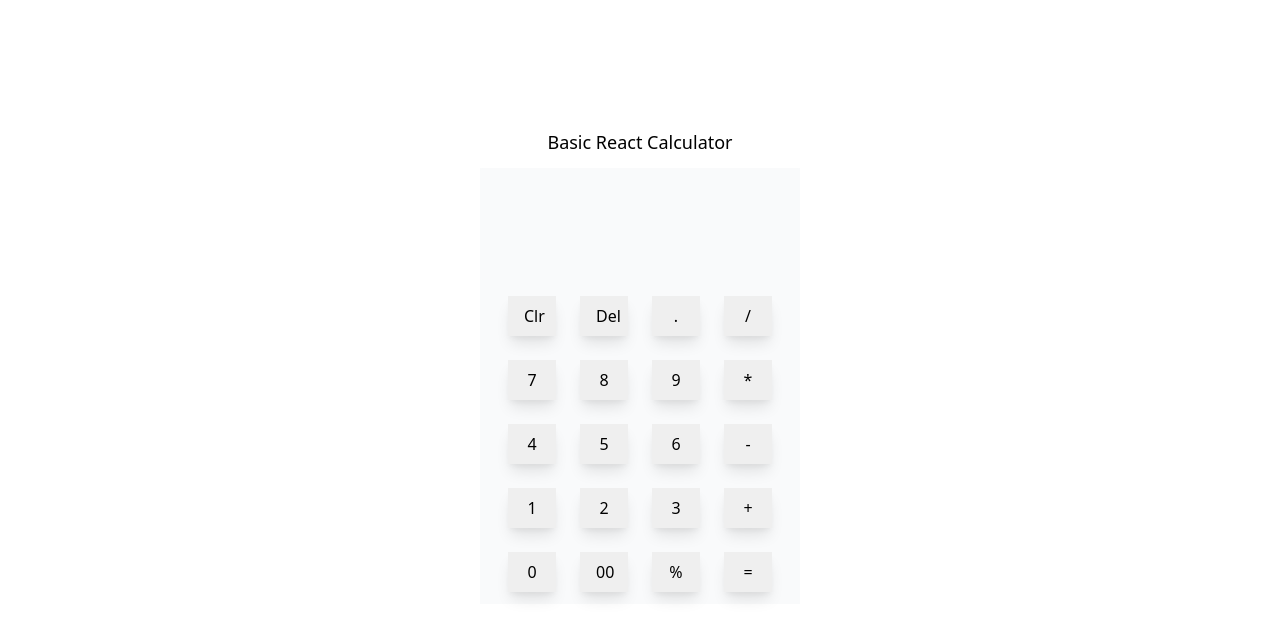
Repository: latenightsnacc/React-Calculator
Page: / (app in docs/react-calculator/)
These files come from the project's save history. The page is drawn as it stood at one moment and after the next save; the edit follows.
The browser window is 1280 px wide. The pictures show the whole page.
The project was rebuilt for these pictures with package versions that can differ from the ones it lists, and the page was loaded fresh each time. Also part of the build but not shown: docs/react-calculator/craco.config.js.

Above is the page before, as saved 2021-11-11 16:01:13.

### docs/react-calculator/src/App.js
import Calculator from './components/Calculator';

function App() {
  return (
    <div className="overflow-hidden">
      <Calculator />
    </div>
  );
}

export default App;

### docs/react-calculator/src/components/Calculator.js
import React, { Component } from 'react'
import CalculatorTitle from './CalculatorTitle'
import CalculatorScreen from './CalculatorScreen'
import Button from './Button'

class Calculator extends Component {
    render() {
        return (
            <div className="w-full h-screen flex flex-col justify-center items-center">
                <CalculatorTitle value="Basic React Calculator" />
                <div className="w-full flex flex-col justify-center items-center md:w-80 bg-gray-50">
                    <CalculatorScreen />
                    <div className="button-row">
                        <Button label={'Clr'} />
                        <Button label={'Del'} />
                        <Button label={'.'}/>
                        <Button label={'/'}/>
                    </div>
                    <div className="button-row">
                        <Button label={'7'}/>
                        <Button label={'8'}/>
                        <Button label={'9'}/>
                        <Button label={'*'}/>
                    </div>
                    <div className="button-row">
                        <Button label={'4'}/>
                        <Button label={'5'}/>
                        <Button label={'6'}/>
                        <Button label={'-'}/>
                    </div>
                    <div className="button-row">
                        <Button label={'1'}/>
                        <Button label={'2'}/>
                        <Button label={'3'}/>
                        <Button label={'+'}/>
                    </div>
                    <div className="button-row">
                        <Button label={'0'}/>
                        <Button label={'00'}/>
                        <Button label={'%'}/>
                        <Button label={'='}/>
                    </div>

                </div>
            </div>
        )
    }
}

export default Calculator

### docs/react-calculator/src/components/CalculatorTitle.js
import React from 'react'

function CalculatorTitle(props) {
    return (
        <div className='my-3 text-lg'>
            {props.value}
        </div>
    )
}

export default CalculatorTitle

### docs/react-calculator/src/components/CalculatorScreen.js
import React from 'react'
import CalculatorOutputRow from './CalculatorOutputRow'

const CalculatorScreen = () => {
    return (
        <div className="bg-gray-50 mb-1 rounded flex flex-col items-center justify-center w-full h-28">
            <CalculatorOutputRow/>
            <CalculatorOutputRow/>
        </div>
    )
}

export default CalculatorScreen;

### docs/react-calculator/src/components/Button.js
import React from 'react'

const Button = (props) => {
    return(
        <input className="shadow-lg w-12 m-3 py-2 px-4 hover:bg-blue-600  hover:text-gray-50 hover:shadow-2xl"
            type="button"
            value={props.label}
        />
    )
}

export default Button;

### docs/react-calculator/src/components/CalculatorOutputRow.js
import React from 'react';

const CalculatorOutputRow = () => {
    return(
        <div className="">
            <input className="bg-transparent p-2 my-1 w-full" type="text" readOnly />
        </div>
    )
}

export default CalculatorOutputRow

Loaded but not shown: docs/react-calculator/public/index.html (common file); docs/react-calculator/src/index.js (common file); docs/react-calculator/src/index.css (common file); docs/react-calculator/src/reportWebVitals.js (common file); docs/react-calculator/tailwind.config.js (common file)

After the next save:
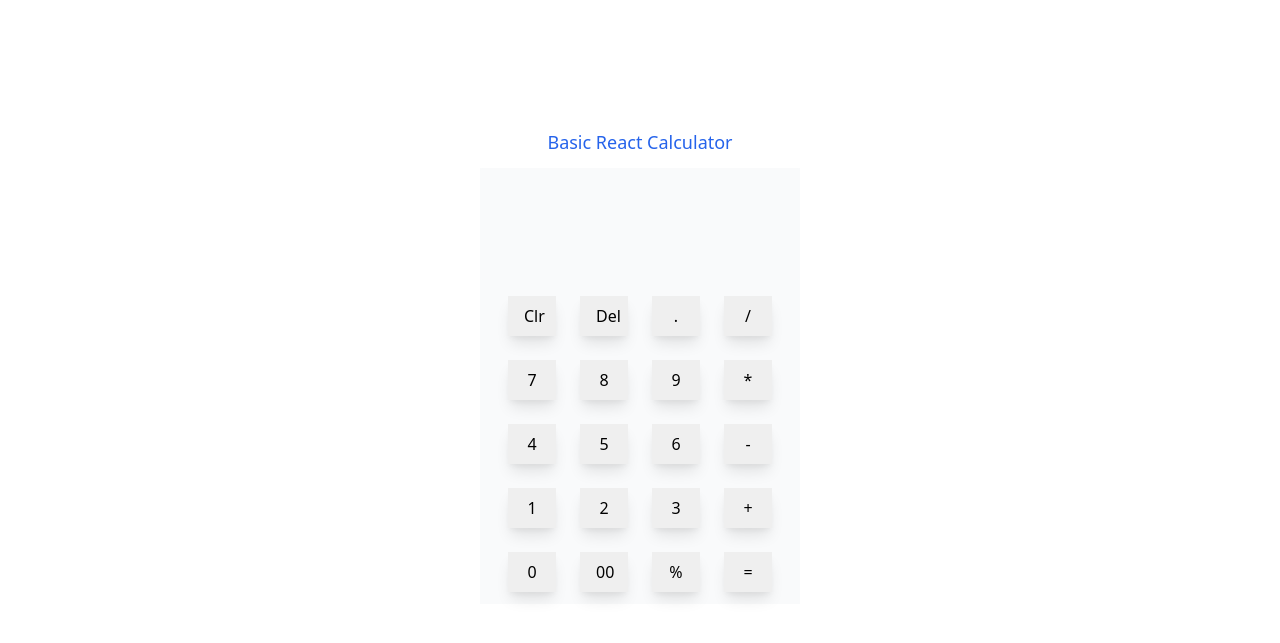
Saved 73 s later.
--- a/docs/react-calculator/src/components/CalculatorTitle.js
+++ b/docs/react-calculator/src/components/CalculatorTitle.js
@@ -2,7 +2,7 @@ import React from 'react'
 
 function CalculatorTitle(props) {
     return (
-        <div className='my-3 text-lg'>
+        <div className='my-3 text-lg text-blue-600'>
             {props.value}
         </div>
     )
